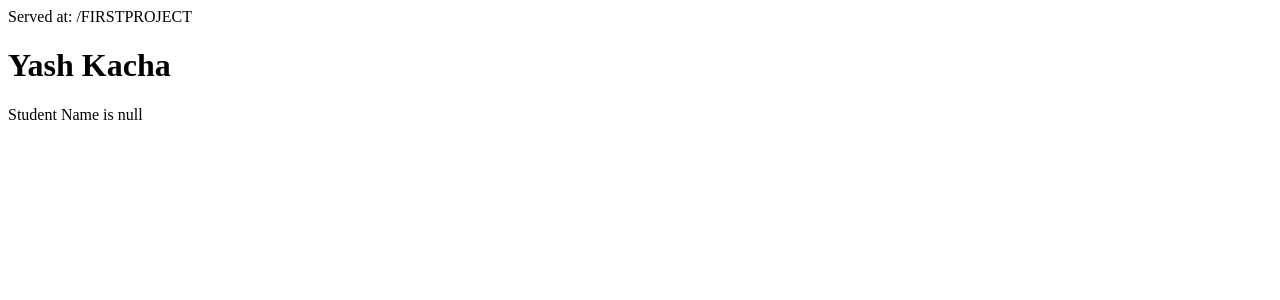
Repository: YashKachaRK/JAVA_CODE_SEM_6
Page: http://localhost/FIRSTPROJECT/Hello
The author's editor kept a copy of each file at every save. The page is drawn from the files as they stood at one save, then again after the next save.
The browser window is 1280 px wide. The pictures show the whole page.
The page is served by Tomcat 10.

Above is the page before, as saved 2025-12-19 05:23:45.

### FIRSTPROJECT/src/main/java/first/Hello.java
package first;

import jakarta.servlet.ServletException;
import jakarta.servlet.annotation.WebServlet;
import jakarta.servlet.http.HttpServlet;
import jakarta.servlet.http.HttpServletRequest;
import jakarta.servlet.http.HttpServletResponse;
import java.io.IOException;
import java.io.PrintWriter;

/**
 * Servlet implementation class Hello
 */
@WebServlet("/Hello")
public class Hello extends HttpServlet {
	private static final long serialVersionUID = 1L;

    /**
     * @see HttpServlet#HttpServlet()
     */
    public Hello() {
        super();
        // TODO Auto-generated constructor stub
    }

	/**
	 * @see HttpServlet#doGet(HttpServletRequest request, HttpServletResponse response)
	 */
	protected void doGet(HttpServletRequest request, HttpServletResponse response) throws ServletException, IOException {
		// TODO Auto-generated method stub
		response.getWriter().append("Served at: ").append(request.getContextPath());
		response.setContentType("text/html");  // first line when make new project
		PrintWriter out = response.getWriter();
		out.println("<html><body>");

		out.println("<h1>Yash Kacha</h1>");
		out.println("</body></html>");

		String s1 = request.getParameter("sname");
		out.println("Student Name is "+s1);

	}

	/**
	 * @see HttpServlet#doPost(HttpServletRequest request, HttpServletResponse response)
	 */
//	protected void doPost(HttpServletRequest request, HttpServletResponse response) throws ServletException, IOException {
//		// TODO Auto-generated method stub
//		doGet(request, response);
//	}

}

After the next save:
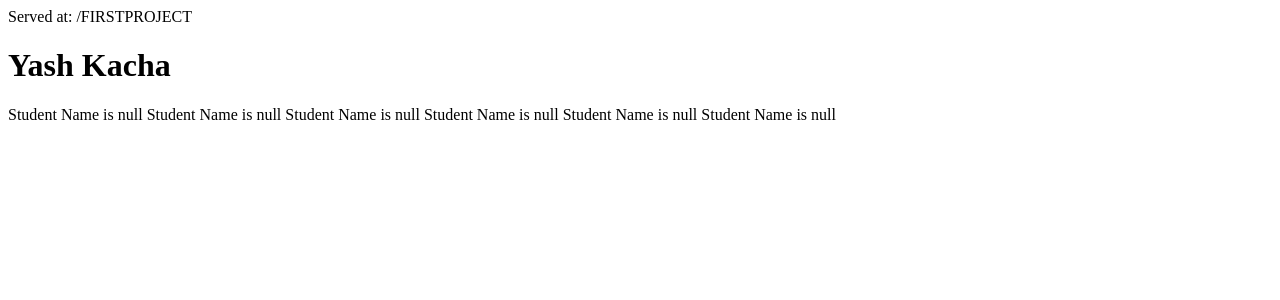
Saved 113 s later.
--- a/FIRSTPROJECT/src/main/java/first/Hello.java
+++ b/FIRSTPROJECT/src/main/java/first/Hello.java
@@ -37,7 +37,18 @@ public class Hello extends HttpServlet {
 		out.println("</body></html>");
 
 		String s1 = request.getParameter("sname");
+		String s2 = request.getParameter("semail");
+		String s3 = request.getParameter("sphone");
+		String s4 = request.getParameter("sgen");
+		String s5 = request.getParameter("scourse");
+		String s6 = request.getParameter("saddress");
+
 		out.println("Student Name is "+s1);
+		out.println("Student Name is "+s2);
+		out.println("Student Name is "+s3);
+		out.println("Student Name is "+s4);
+		out.println("Student Name is "+s5);
+		out.println("Student Name is "+s6);
 
 	}
 
